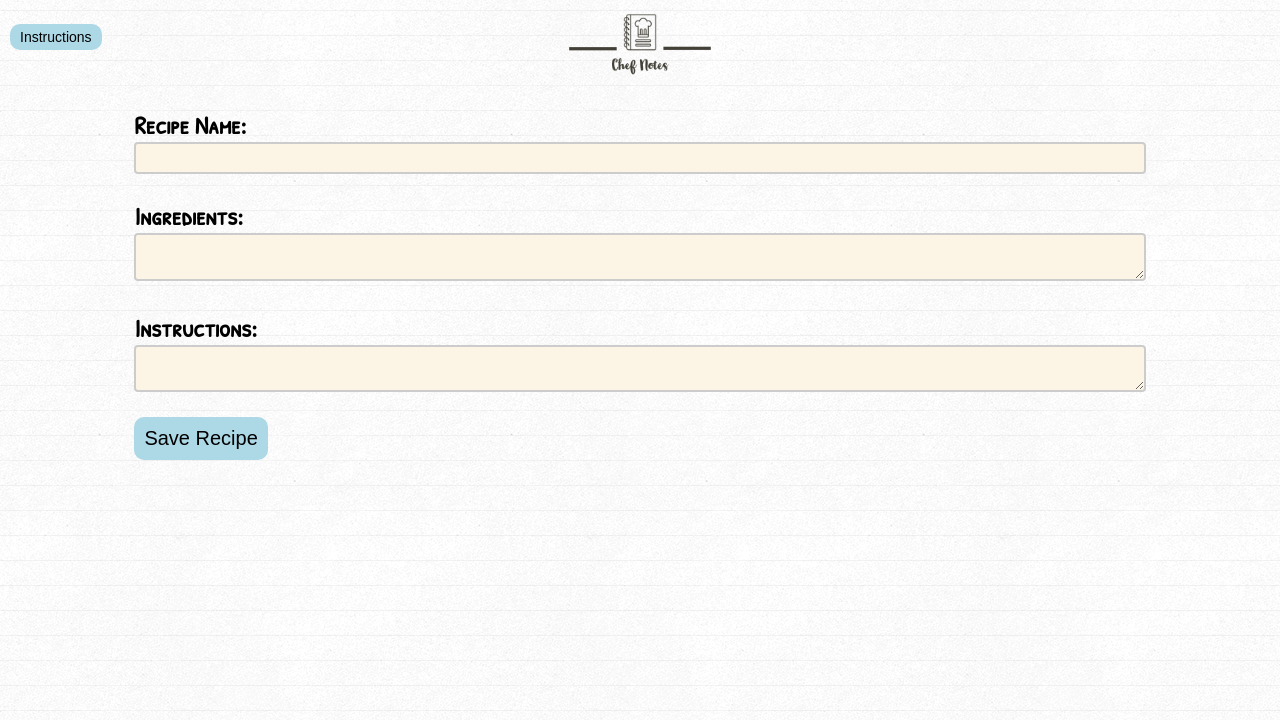
Repository: Chadloswald/RecipeSite
Page: docs/index.html
An editor plug-in stored every save of this project. The page is shown before and after the next save, followed by the edit.
The browser window is 1280 px wide. The pictures show the whole page.

Above is the page before, as saved 2023-06-18 09:15:16.

### docs/index.html
<!DOCTYPE html>
<html lang="en">
  <head>
    <meta charset="UTF-8">
    <meta name="viewport" content="width=device-width, initial-scale=1.0">
    <title>ChefNotes</title>
    <style type="text/css">
    </style>
    <link rel="stylesheet" href="style.css">
  </head>
  <body>
    <button id="help" class="help">Instructions</button>
    <!-- <h1>Chef Notes</h1> -->
    <div id="logo">
      <img src="CNLogo.png" alt="Chef Notes Logo">
    </div>
    <form>
      <label for="name">Recipe Name:</label>
      <input type="text" id="name" name="name">
      <br>
      <label for="ingredients">Ingredients:</label>
      <textarea id="ingredients" name="ingredients"></textarea>
      <br>
      <label for="instructions">Instructions:</label>
      <textarea id="instructions" name="instructions"></textarea>
      <br>
      <div id="button-container">
        <button id="saveButton" type="button">Save Recipe</button>
        <button id="printButton">Print Recipes</button>
        <button id="emailButton">Email Recipes</button>
        <button id="deleteButton">Delete All Recipes</button>
      </div>
    </form>
    <div id="recipe-list">
      <div class="recipe-line"></div>
    <div id="list"></div>
    </div>
    <script src="scripts.js"></script>
  </body>
</html>

### docs/style.css
@font-face {
  font-family: 'Patrick Hand';
  src: url('PatrickHandSC-Regular.ttf') format('truetype');
}

body {
  font-family: 'Patrick Hand', cursive;
  margin-top: 30px 0px 0px 0px;
  padding: 0;
  background-image: url("lined-paper-2.png");
}

h1 {
  text-align: center;
  padding: 20px 0 0 0;
  border-bottom: 4px solid black;
  margin: 0 300px;
  font-size: 70px;
}

#help {
  position: fixed;
  top: 10px;
  left: 10px;
}

.help {
  font-size: 14px;
  padding: 5px 10px;
}

form {
  width: 80%;
  margin: 0 auto;
}

label {
  display: block;
  font-weight: bold;
  margin-top: 1em;
  font-size: 25px;
}

input[type="text"], textarea {
  background-color: #FCF5E5;
  width: 100%;
  box-sizing: border-box;
  padding: 0.5em;
  border: 2px solid #ccc;
  border-radius: 4px;
}

button {
  margin: 1em auto;
  padding: 0.5em;
  border-radius: 10px;
  font-size: 20px;
  border: none;
  cursor: pointer;
  background-color: #ADD8E6;
  color: black;
}

button:hover {
  background-color: gray;
  color: #FCF5E5;
}

.button-container {
  display: flex;
  flex-direction: row;
  align-items: center;
  justify-content: center;
}

.button-container button {
  margin: 0 10px;
}

#printButton {
  display: none;
}

#emailButton {
  display: none;
}

#deleteButton {
  display: none;
}

#recipe-list {
  width: 80%;
  margin: 1em auto;
  font-size: 25px;
}

h2 {
  font-size: 25px;
}

p {
  font-size: 20px;
}

.recipe-line {
  height: 1px;
	background-color: black;
	position: relative;
	margin-top: 30px;
	margin-bottom: 30px;
	left: 0;
	width: 50%;
  display: none;
}

.recipe:not(:last-child) .recipe-line {
  display: block;
  margin-left: 25%;
}

#logo {
  text-align: center;
}

#logo img {
  display: block;
  margin: 0 auto;
  max-width: 200px;
  height: auto;
}

/* Printing style */
@media print {
  /* Remove form elements */
  form {
    display: none;
  }

  #help {
    display: none;
  }

  /* Position Chef and Notes next to each other */
  h1 {
    display: flex;
    align-items: center;
    justify-content: center;
    font-size: 40px;
    margin: 0;
    padding-top: 20px;
    border-bottom: 4px solid black;
    page-break-after: avoid; /* prevent the header from breaking across pages */
  }

  h1 span:first-child {
    margin-right: 20px; /* add space between Chef and Notes */
  }

  /* Adjust margins and padding */
  body {
    margin: 20mm 25mm 20mm 25mm; /* top right bottom left */
    padding: 0;
  }

  h2 {
    font-size: 30px;
  }

  p {
    font-size: 20px;
  }

  /* Add page breaks between recipes */
  .recipe:not(:last-child) {
    page-break-after: always;
  }
  #recipe-list {
    margin-left: 0;
  }
}

/* CSS for screens up to 820px */
@media screen and (max-width: 820px) {
  body {
    margin-top: 12px;
  }

  h1 {
    font-size: 38px;
    margin: 0 40px;
  }

  form {
    width: 85%;
  }

  button {
    font-size: 14px;
    padding: 0.25em;
  }
}

/* CSS for screens up to 600px */
@media screen and (max-width: 600px) {
  body {
    margin-top: 10px;
  }

  h1 {
    font-size: 40px;
    margin: 0 50px;
  }

  form {
    width: 90%;
  }

  button {
    font-size: 15px;
    padding: 0.3em;
  }
}

/* CSS for screens up to 480px */
@media screen and (max-width: 480px) {
  body {
    margin-top: 15px;
  }

  h1 {
    font-size: 35px;
    margin: 0 30px;
  }

  form {
    width: 80%;
  }

  button {
    font-size: 12px;
    padding: 0.2em;
  }
}

/* CSS for screens up to 320px */
@media screen and (max-width: 320px) {
  body {
    margin-top: 20px;
  }

  h1 {
    font-size: 30px;
    margin: 0 20px;
  }

  form {
    width: 70%;
  }

  button {
    font-size: 10px;
    padding: 0.1em;
  }
}

.recipe {
  word-wrap: break-word;
}

### docs/scripts.js
const recipeList = document.getElementById('recipe-list');

document.addEventListener('DOMContentLoaded', function() {

  const save = document.getElementById('saveButton');

  const nameInput = document.getElementById('name');
  const ingredientsInput = document.getElementById('ingredients');
  const instructionsInput = document.getElementById('instructions');

  save.addEventListener('click', function() {

    const name = nameInput.value.trim();
    const ingredients = ingredientsInput.value.trim();
    const instructions = instructionsInput.value.trim();

    if (name === '' || ingredients === '' || instructions === '') {
      alert('Please fill in all the fields before saving the recipe.');
      return
    }

    document.getElementById("printButton").style.display = "inline";
    document.getElementById("emailButton").style.display = "inline";
    document.getElementById("deleteButton").style.display = "inline";

    const recipe = document.createElement('div');
    recipe.classList.add('recipe'); // Add the 'recipe' class

    const recipeName = document.createElement('h2');
    const recipeIngredients = document.createElement('p');
    const recipeInstructions = document.createElement('p');
    const recipeLine = document.createElement('div');

    recipeLine.classList.add('recipe-line');

    recipe.appendChild(recipeLine);

    recipeName.innerText = name;
    recipeIngredients.innerText = `Ingredients: ${ingredients}`;
    recipeInstructions.innerText = `Instructions: ${instructions}`;

    recipe.appendChild(recipeName);
    recipe.appendChild(recipeIngredients);
    recipe.appendChild(recipeInstructions);

    recipeList.appendChild(recipe);

    recipeLine.style.display = 'block';

    nameInput.value = '';
    ingredientsInput.value = '';
    instructionsInput.value = '';
  });

  const printButton = document.getElementById('printButton');

  printButton.addEventListener('click', function() {
    window.print();
    event.preventDefault();
  });

  const emailButton = document.getElementById('emailButton');

  emailButton.addEventListener('click', function() {
    // Get the saved recipe list
    const recipes = recipeList.getElementsByClassName('recipe');

    // Create the email body with the contents of the saved recipe list
    let emailBody = '';
    for (let i = 0; i < recipes.length; i++) {
      const recipe = recipes[i];
      const recipeName = recipe.querySelector('h2').innerText;
      const recipeIngredients = recipe.querySelector('p:nth-of-type(1)').innerText;
      const recipeInstructions = recipe.querySelector('p:nth-of-type(2)').innerText;

      emailBody += `${recipeName}\n\nIngredients: ${recipeIngredients}\n\nInstructions: ${recipeInstructions}\n\n`;
    }

    event.preventDefault();
    // Open the default email client with the populated email body
    const subject = 'My Saved Recipes';
    const mailtoLink = `mailto:?subject=${encodeURIComponent(subject)}&body=${encodeURIComponent(emailBody)}`;
    window.location.href = mailtoLink;

  });

  help.addEventListener('click', function() {
    window.alert("\nWelcome to Chef Notes! \nChef Notes is designed for you to quickly jot down those recipe ideas that you have on the go! Just fill in the Recipe Name, the Ingredients, and the Directions into the corresponding fields then click the Save Recipe button. \nOnce you've got a recipe or two saved up, click the Print Recipe button to open your devices print services, select a printer, then print a hard copy of your recipes \nClick the Email Recipes button to open up your device's default email client so you can send your recipes wherever they need to go!");
  });
  const deleteButton = document.getElementById("deleteButton")
  deleteButton.addEventListener('click', function() {
    recipeList.innerHTML = '';

  });
});

After the next save:
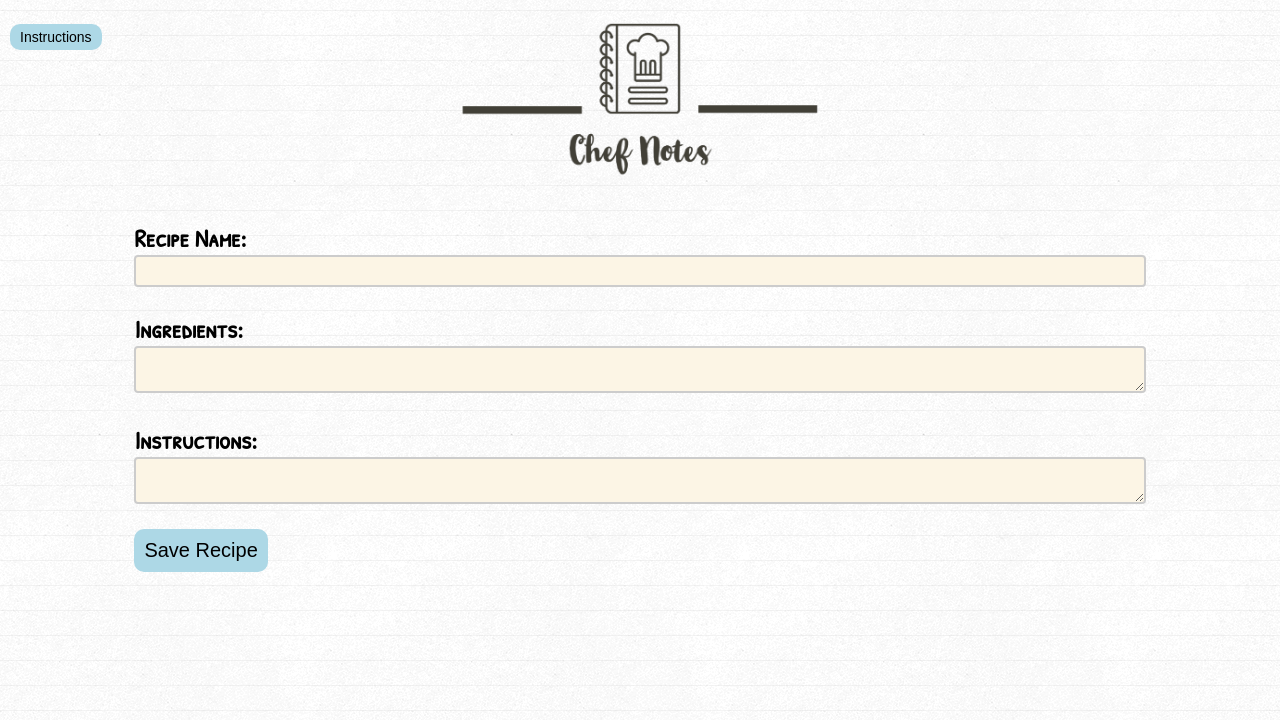
Saved 32 s later.
--- a/docs/style.css
+++ b/docs/style.css
@@ -126,7 +126,7 @@ p {
 #logo img {
   display: block;
   margin: 0 auto;
-  max-width: 200px;
+  max-width: 500px;
   height: auto;
 }
 
